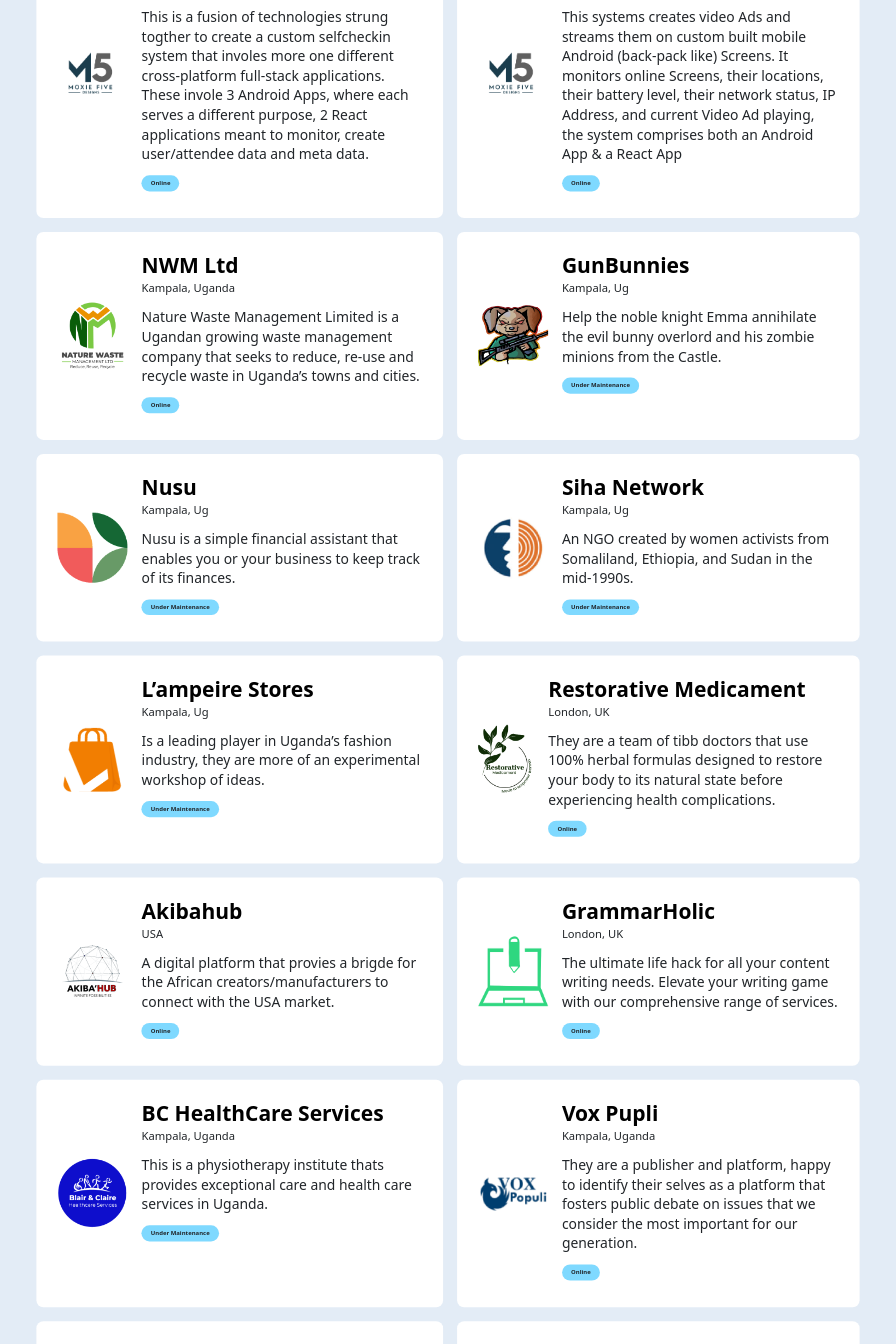
Repository: kaizoku010/firebrand
Page: /apps
These files come from the project's save history. The page is drawn as it stood at one moment and after the next save; the edit follows.
The browser window is 1280 px wide. The pictures show the part of the page from y = 449 to 2369 px (the page is 3520 px tall), at 70% of full size.
The project was rebuilt for these pictures with package versions that can differ from the ones it lists, and the page was loaded fresh each time. Also part of the build but not shown: vite.config.js, src/update/homescreen.css, src/update/homescreen.js, src/update/blog.css, src/update/blog.js, src/update/connect.css, src/update/connect.js. Imported but missing from the stored project, and not drawn on this page: src/update/about.js.

Above is the page before, as saved 2024-05-27 13:29:46.

### public/index.html
<!DOCTYPE html>
<html lang="en">
  <head>
    <meta charset="utf-8" />
    <link rel="icon" href="%PUBLIC_URL%/logo.ico" />
    <meta name="viewport" content="width=device-width, initial-scale=1" />
    <meta name="theme-color" content="#000000" />
    <meta
      name="description"
      content="Welcome to Firebrand, Home of Dixon Muneza"
    />
    <link rel="apple-touch-icon" href="%PUBLIC_URL%/logo.png" />
    <!--
      manifest.json provides metadata used when your web app is installed on a
      user's mobile device or desktop. See https://developers.google.com/web/fundamentals/web-app-manifest/
    -->
    <link rel="manifest" href="%PUBLIC_URL%/manifest.json" />
    <!--
      Notice the use of %PUBLIC_URL% in the tags above.
      It will be replaced with the URL of the `public` folder during the build.
      Only files inside the `public` folder can be referenced from the HTML.

      Unlike "/favicon.ico" or "favicon.ico", "%PUBLIC_URL%/favicon.ico" will
      work correctly both with client-side routing and a non-root public URL.
      Learn how to configure a non-root public URL by running `npm run build`.
    -->
    <title>Dixon Muneza</title>
    <!-- Global site tag (gtag.js) - Google Analytics -->
<script async src="https://www.googletagmanager.com/gtag/js?id=G-C8GX9VTJ6W"></script>
<script>
  window.dataLayer = window.dataLayer || [];
  function gtag(){dataLayer.push(arguments);}
  gtag('js', new Date());

  gtag('config', 'G-C8GX9VTJ6W');
</script>
  </head>
  <body>
    <noscript>You need to enable JavaScript to run this app.</noscript>
    <div id="root"></div>
    <!--
      This HTML file is a template.
      If you open it directly in the browser, you will see an empty page.

      You can add webfonts, meta tags, or analytics to this file.
      The build step will place the bundled scripts into the <body> tag.

      To begin the development, run `npm start` or `yarn start`.
      To create a production bundle, use `npm run build` or `yarn build`.
    -->
  </body>
</html>

### src/App.js
import React from 'react'
import 'bootstrap/dist/css/bootstrap.css'
import './App.css'
import { BrowserRouter as Router, Routes, Route } from 'react-router-dom'
import Header from './update/header.js'
import HomeScreen from '././update/homescreen.js'
import AboutDixon from '././update/about.js'
import AppPage from './update/appsPage.js'
import Blog from './update/blog.js'
import Footer from '././update/footer.js'
import Connect from './update/connect'


function App () {
  return (
    <Router>
      <div className=''>
      <Header/>
      <Routes>

       <Route path='/' element={<HomeScreen />} />
          <Route path="/apps" element={<AppPage />} />
          <Route path="/about" element={<AboutDixon />} />
          <Route path="/blog" element={<Blog />} />
          <Route path="/connect" element={<Connect />} />

     </Routes>
        <Footer/>
      </div>

    </Router>
  )
}

export default App

### src/App.css
body {
  -webkit-font-smoothing: antialiased;
  background-color: #f3f6f8;
  margin-top: 0px;
  font-family:  ui-sans-serif,system-ui,-apple-system,BlinkMacSystemFont,Segoe UI,Roboto,Helvetica Neue,Arial,Noto Sans,sans-serif,apple color emoji,segoe ui emoji,Segoe UI Symbol,noto color emoji;
;
}

.content{
display: none !important;
}

a {
  text-decoration: none;
  color: #5747ff !important;
}

@media only screen and (max-width: 900px) {
  .holder__ {
    text-align: center;
    padding: 20px;
  }
}

.thumb-lg {
  height: 88px;
  width: 88px;
}
.profile-user-box {
  position: relative;
  border-radius: 5px;
}
.bg-custom {
  /*background-color: #02c0ce !important;  */
  background-color: #02191b !important;
  /* 02191b */
}
.profile-user-box {
  position: relative;
  border-radius: 5px;
}

.card-box {
  padding: 20px;
  position: sticky;
  border-radius: 3px;
  margin-bottom: 30px;
  z-index: 1;
  top: 0;
  background-color: #fff;
}
.inbox-widget .inbox-item img {
  width: 40px;
}

.inbox-widget .inbox-item {
  border-bottom: 1px solid #f3f6f8;
  overflow: hidden;
  padding: 10px 0;
  position: relative;
}

.inbox-widget .inbox-item .inbox-item-img {
  display: block;
  float: left;
  margin-right: 15px;
  width: 40px;
}

.inbox-widget .inbox-item img {
  width: 40px;
}

.inbox-widget .inbox-item .inbox-item-author {
  color: #313a46;
  display: block;
  margin: 0;
}

.inbox-widget .inbox-item .inbox-item-text {
  color: #98a6ad;
  display: block;
  font-size: 14px;
  margin: 0;
}

.inbox-widget .inbox-item .inbox-item-date {
  color: #98a6ad;
  font-size: 11px;
  position: absolute;
  right: 7px;
  top: 12px;
}

.comment-list .comment-box-item {
  position: relative;
}

.comment-list .comment-box-item .commnet-item-date {
  color: #98a6ad;
  font-size: 11px;
  position: absolute;
  right: 7px;
  top: 2px;
}

.comment-list .comment-box-item .commnet-item-msg {
  color: #313a46;
  display: block;
  margin: 10px 0;
  font-weight: 400;
  font-size: 15px;
  line-height: 24px;
}

.comment-list .comment-box-item .commnet-item-user {
  color: #98a6ad;
  display: block;
  font-size: 14px;
  margin: 0;
}

.comment-list a + a {
  margin-top: 15px;
  display: block;
}

.ribbon-box .ribbon-primary {
  background: #2d7bf4;
}

.ribbon-box .ribbon {
  position: relative;
  float: left;
  clear: both;
  padding: 5px 12px 5px 12px;
  margin-left: -30px;
  margin-bottom: 15px;
  font-family: Rubik, sans-serif;
  -webkit-box-shadow: 2px 5px 10px rgba(49, 58, 70, 0.15);
  -o-box-shadow: 2px 5px 10px rgba(49, 58, 70, 0.15);
  box-shadow: 2px 5px 10px rgba(49, 58, 70, 0.15);
  color: #fff;
  font-size: 13px;
}
.text-custom {
  color: #949797 !important;
}

.badge-custom {
  background: #02c0ce;
  color: #fff;
}
.badge {
  font-family: Rubik, sans-serif;
  -webkit-box-shadow: 0 0 24px 0 rgba(0, 0, 0, 0.06),
    0 1px 0 0 rgba(0, 0, 0, 0.02);
  box-shadow: 0 0 24px 0 rgba(0, 0, 0, 0.06), 0 1px 0 0 rgba(0, 0, 0, 0.02);
  padding: 0.35em 0.5em;
  font-weight: 500;
}
.text-muted {
  color: #98a6ad !important;
}
project_list
.font-13 {
  font-size: 13px !important;
}

.fire-text {
  text-align: justify;
}

@media screen and (max-width: 800px) {
  .card-box {
    padding: 20px !important;
    position: sticky;
    border-radius: 3px;
    margin-bottom: 30px;
    z-index: 1;
    top: 0;
    background-color: #fff;
  }
}


.main-color{
  color: #fbb03b;
}

### src/update/header.js
import React from 'react'
import "./header.css"
import Logo from "../img/logo.png"
import Email from "../img/email.png"
import { Link } from "react-router-dom";

function header() {
  return (
      <header class="header">
    <nav>
    <div class="logo">
          <a class="name_logo" href="index.html">Muneza.<span>Dixon</span></a>
        <Link to="/">  <img class="fireband-logo" src={ Logo} /></Link>
    </div>
    <input type="checkbox" id="menu-toggle"/>
    <label for="menu-toggle" class="menu-icon">&#9776;</label>
    <ul class="menu">
      <li><Link to={"apps"}>Projects</Link></li>
      <li><Link to={"about"} href="#">About</Link></li>
      <li><Link to={"blog"}>Blog</Link></li>
      <li><a href={"connect"}>Connect</a></li>
    </ul>
  </nav>
</header>
  )
}
// #9f0009 reds
export default header

### src/update/appsPage.js
import React from "react";
import "./appsPage.css";
import {Link} from 'react-router-dom'
import IMager from "../img/bc_ic.png";
import Chip from "../components/chips.js";
import projectsData from "../dataPoint/AllProjects.js";

function apps() {
  const desc =
    "I'll send the email regarding the restoration. Please reply the mail with the dates and the content which has to be restored. Is that okay?";
  const techString = "Android";
  const techString2 = "Wordpress";
  const techString3 = "ReactJS";
  const colorBlue = "aquamarine";

  return (
    <div className="appsHolder">
      <h1 className="appsHeading">
        Quality crafted <span className="apps-span">projects</span>
      </h1>
      <div className="sites-holder">
        <ul className="sites-list">
          {projectsData.allProjects.map((project) => (
            <li key={project.id} className="sites">

              <div className="top-element">
                <img className="site-logo" src={project.icon} />
                  <div className="site-text-holder">
                       <Link className='link-list' to={project.link} target="_blank">
                    <h1 className="site-title">{project.title}</h1>
                        </Link>
                        <p>{project.location}</p>
                  <h2 className="site-desc">{project.desc}</h2>
                  <div className="chip-layout">

                      <li className="chip-list">
                       <Chip tech={project.techStacks} />
                    </li>




                  </div>
                </div>
              </div>

            </li>
          ))}
        </ul>
        <div className="sites"></div>
      </div>
    </div>
  );
}

export default apps;

### src/update/footer.js
import React from 'react'
import "./footer.css"
// import { FontAwesomeIcon } from '@fortawesome/react-fontawesome'
import CodeIc from "../img/github-mark.png"
import IG from "../img/instagram.png"
import DeviantArt from "../img/deviantart.png"
import LinkedIn from "../img/linked.png"
// import { faInstagram } from '@fortawesome/free-brands-svg-icons'

function footer() {
  return (
    <footer class="site-footer">
      <div class="container">
        <hr/>
      </div>
      <div class="container">
        <div class="row">
          <div class="col-md-8 col-sm-6 col-xs-12">
            <p class="copyright-text">"The people who are crazy enough to think they can change the world are the ones who do"
            </p>
          </div>

          <div class="col-md-4 col-sm-6 col-xs-12">
            <ul class="social-icons">
            <li><a   target='_blank' class="facebook" href="https://github.com/kaizoku010"><img  class="facebook"   src={CodeIc} /></a></li>
              <li><a target='_blank' class="facebook" href="https://www.instagram.com/ug.firebrand/"><img class="facebook" src={IG} /></a></li>
              <li><a   target='_blank' class="facebook" href="https://www.linkedin.com/in/dixon-muneza-a0a1b510a"><img  class="facebook"  src={LinkedIn} /></a></li>
              <li><a   target='_blank' class="facebook" href="https://www.deviantart.com/imfaceless"><img  class="facebook"  src={DeviantArt} /></a></li>
              </ul>
          </div>
        </div>
      </div>
</footer>
  )
}

export default footer

### src/update/header.css
header_div {
    padding: 0;
    margin: 0;
    box-sizing: border-box;
    font-family: sans-serif;
    text-decoration: none;
    list-style: none;
  }


  .name_logo{
    display:none;
  }

  .header {
    position: sticky;
    top: 0;
    grid-area: header;
    width: 100%;
    box-shadow: 0 4px 20px hsla(207, 24%, 35%, 0.1);
    background-color: white;
    z-index: 2;
  }

  .email-ic{
    width:38px;
  }

  nav {
    display: flex;
    justify-content: space-between;
    align-items: center;
    padding: 20px 100px;
  }

  .logo a {
    font-size: 24px;
    font-weight: bold;
    color: #fff;
  }

  .logo a span {
    color: #8739fa;
  }


  .menu {
    display: flex;
    list-style:none;
    justify-content: center;
    align-items: center;
  }

  .menu a {
    display: block;
    padding: 7px 15px;
    font-size: 17px;
    font-weight: 500;
    transition: 0.2s all ease-in-out;
    color: #fff;
  }

  .menu:hover a {
    opacity: 0.4;
  }

  .menu a:hover {
    opacity: 1;
    color: #fff;
  }

  .menu-icon {
    display: none;
  }

  #menu-toggle {
    display: none;
  }

  #menu-toggle:checked ~ .menu {
    transform: scale(1, 1);
  }

  @media only screen and (max-width: 950px) {
    .menu {
      flex-direction: column;
      background-color: white;
      align-items: start;
      position: absolute;
      top: 82px;
      left: 0;
      width: 100%;
      z-index: 1;
      padding-left: 10px;
      transform: scale(1, 0);
      transform-origin: top;
      transition: transform 0.3s ease-in-out;
      box-shadow: rgba(0, 0, 0, 0.15) 1.95px 1.95px 2.6px;
    }

    nav {
      display: flex;
      justify-content: space-between;
      align-items: center;
      padding: 18px 30px;
  }

    .name_logo{
        display:none;
      }

    .menu a {
      margin-left: 12px;
    }

    .menu li {
      margin-bottom: 10px;
    }

    .menu-icon {
      display: block;
      color: black;
      font-size: 28px;
      cursor: pointer;
    }
    /* my logo */

  .fireband-logo{
    width: 50px !important;

  }
  }



  .fireband-logo{
    width: 60px;
  }


  .header a {
    color:#212529 !important
      }
    .header a:hover {
        color:#fbb03b !important;
    }

### src/update/appsPage.css
.appsHolder {
  background-color: #e3ecf6 !important;
  padding-right: 1.5em;
  padding-left: 1.5em;
}

.appsHeading {
  text-align: center;
  font-size: 3.75em;
  line-height: 1;
  margin-bottom: 4rem;
  font-weight: 700;
  letter-spacing: -0.05em !important;
  padding: 50px;
}

.sites-holder {
  place-content: center !important;
}

.apps-span {
  color: #fbb03b;
}

.sites {
  display: flex;
  gap: 50px;
  place-content: center !important;
}

.top-element:hover {
  box-shadow: 0 4px 8px 0 rgba(0, 0, 0, 0.2), 0 4px 20px 0 rgba(0, 0, 0, 0);
  transition: 0.75rem;
}

.top-element {
  cursor: pointer;
  width: -moz-fit-content;
  width: fit-content;
  background-color: white;
  display: flex;

  padding: 30px;
  border-radius: 10px;
  flex-direction: row;
}

.site-title {
  font-size: 1.875rem;
  line-height: 2.25rem;
  color: black;
  font-weight: 700;
  margin-bottom: 0.125rem;
}

.site-title:hover {
  color: #f2b44d;
}

.site-logo {
  width: 100px;
  align-self: center;
  height: 100px;
  border-radius: 0px;
}

.site-text-holder {
  display: flex;
  padding-left: 20px;
  flex-direction: column;
}

.site-desc {
  font-size: 1.24rem;
  font-weight: 400;
  line-height: 1.75rem;
}
.chip{
  background-color: rgb(127 255 127 / 56%);

}

.chip-layout {
  display: flex;
  gap: 12px;
}
.sites-list {
  display: grid;
  grid-template-columns: repeat(2, auto);
  grid-template-rows: auto;
  padding: 1%;
  gap: 20px;
  list-style-type: none;
  margin: 1rem;
  height: -webkit-max-content;
  height: max-content;
}

/* mobile view */
@media only screen and (max-width: 950px) {
  .sites-list {
    display: grid;
    grid-template-columns: repeat(1, auto);
    grid-template-rows: auto;
    padding: 1%;
    gap: 10px;
    list-style-type: none;
    margin: 1rem;
    height: -webkit-max-content;
    height: max-content;
  }
  .site-title:hover {
    color: #f2b44d;
  }

  .appsHolder {
    background-color: #e3ecf6 !important;
    padding-right: 0.5em;
    padding-left: 0.5em;
  }

  .site-logo {
    /* width: 100%; */
    align-self: center;
    margin-left: 20px !important;
    height: 100px;
    border-radius: 0px;
  }

  .appsHeading {
    text-align: center;
    font-size: 3.75em;
    line-height: 1;
    padding: 24px !important;
    text-align: justify !important;
    margin-bottom: 0rem !important;
    font-weight: 700;
    letter-spacing: -0.05em !important;
    padding: 50px;
  }

  .top-element {
    cursor: pointer;
    width: -moz-fit-content;
    width: fit-content;
    display: block !important;
    background-color: white;
    padding: 30px;
    border-radius: 10px;
    flex-direction: row;
  }
}

.link-list {
  color: black;
  text-decoration: none !important;
}

### src/components/chips.js
import React from 'react'
import "./chips.css"

function chips(props) {
  console.log(props)
  return (
    <div style={{ backgroundColor:props.color}} className="chip">
          <p className="chip-text">
            {
              props.tech ? props.tech : "Tech Stack"
          }</p>
    </div>
  )
}

export default chips

### src/update/footer.css
.site-footer
{
  position: relative;
  background-color:#f0f2f4e4;
  padding:45px 0 20px;
  font-size:15px;
  line-height:24px;
  color:#737373;
}

.row{
  align-items: center !important;
}

.facebook{
    width: 30px;
}
.site-footer hr
{
  border-top-color:#bbb;
  opacity:0.5
}
.site-footer hr.small
{
  margin:20px 0
}
.site-footer h6
{
  color:#fff;
  font-size:16px;
  text-transform:uppercase;
  margin-top:5px;
  letter-spacing:2px
}
.site-footer a
{
  color:#737373;
}
.site-footer a:hover
{
  color:#3366cc;
  text-decoration:none;
}
.footer-links
{
  padding-left:0;
  list-style:none
}
.footer-links li
{
  display:block
}
.footer-links a
{
  color:#737373
}
.footer-links a:active,.footer-links a:focus,.footer-links a:hover
{
  color:#3366cc;
  text-decoration:none;
}
.footer-links.inline li
{
  display:inline-block
}
.site-footer .social-icons
{
  text-align:right
}
.site-footer .social-icons a
{
  width:40px;
  height:40px;
  line-height:40px;
  margin-left:6px;
  margin-right:0;
  border-radius:100%;
}
.copyright-text
{
  margin:0
}
@media (max-width:991px)
{
  .site-footer [class^=col-]
  {
    margin-bottom:30px
  }
}
@media (max-width:767px)
{

  .copyright-text{
    margin:10px;
  }
  .site-footer
  {
    padding-bottom:0
  }
  .site-footer .copyright-text,.site-footer .social-icons
  {
    text-align:center
  }
}
.social-icons
{
  padding-left:0;
  margin-bottom:0;
  list-style:none
}
.social-icons li
{
  display:inline-block;
  margin-bottom:4px
}
.social-icons li.title
{
  margin-right:15px;
  text-transform:uppercase;
  color:#96a2b2;
  font-weight:700;
  font-size:13px
}
.social-icons a{
  background-color:#eceeef;
  color:#818a91;
  font-size:16px;
  display:inline-block;
  line-height:44px;
  width:44px;
  height:44px;
  text-align:center;
  margin-right:8px;
  border-radius:100%;
  -webkit-transition:all .2s linear;
  -o-transition:all .2s linear;
  transition:all .2s linear
}
.social-icons a:active,.social-icons a:focus,.social-icons a:hover
{
  color:#fff;
  background-color:#ebebeb
}
.social-icons.size-sm a
{
  line-height:34px;
  height:34px;
  width:34px;
  font-size:14px
}
.social-icons a.facebook:hover
{
  background-color:#e7e9e9
}
.social-icons a.twitter:hover
{
  background-color:#00aced
}
.social-icons a.linkedin:hover
{
  background-color:#007bb6
}
.social-icons a.dribbble:hover
{
  background-color:#ea4c89
}
@media (max-width:767px)
{
  .social-icons li.title
  {
    display:block;
    margin-right:0;
    font-weight:600
  }
}

### src/components/chips.css
.chip{
    background-color: rgb(127, 217, 255);
    width: -moz-fit-content;
    width: fit-content;

    border-radius: 20px;
}

.chip-text {
    padding: 5px;
    font-weight: 700;
    font-size: 8.5px;
    margin: 8px;
}

Loaded but not shown: src/index.js (common file); src/index.css (common file); src/reportWebVitals.js (common file); src/dataPoint/AllProjects.js (232 lines, source omitted); src/update/homescreen.css (no copy from this time; the picture is the same without it)

After the next save:
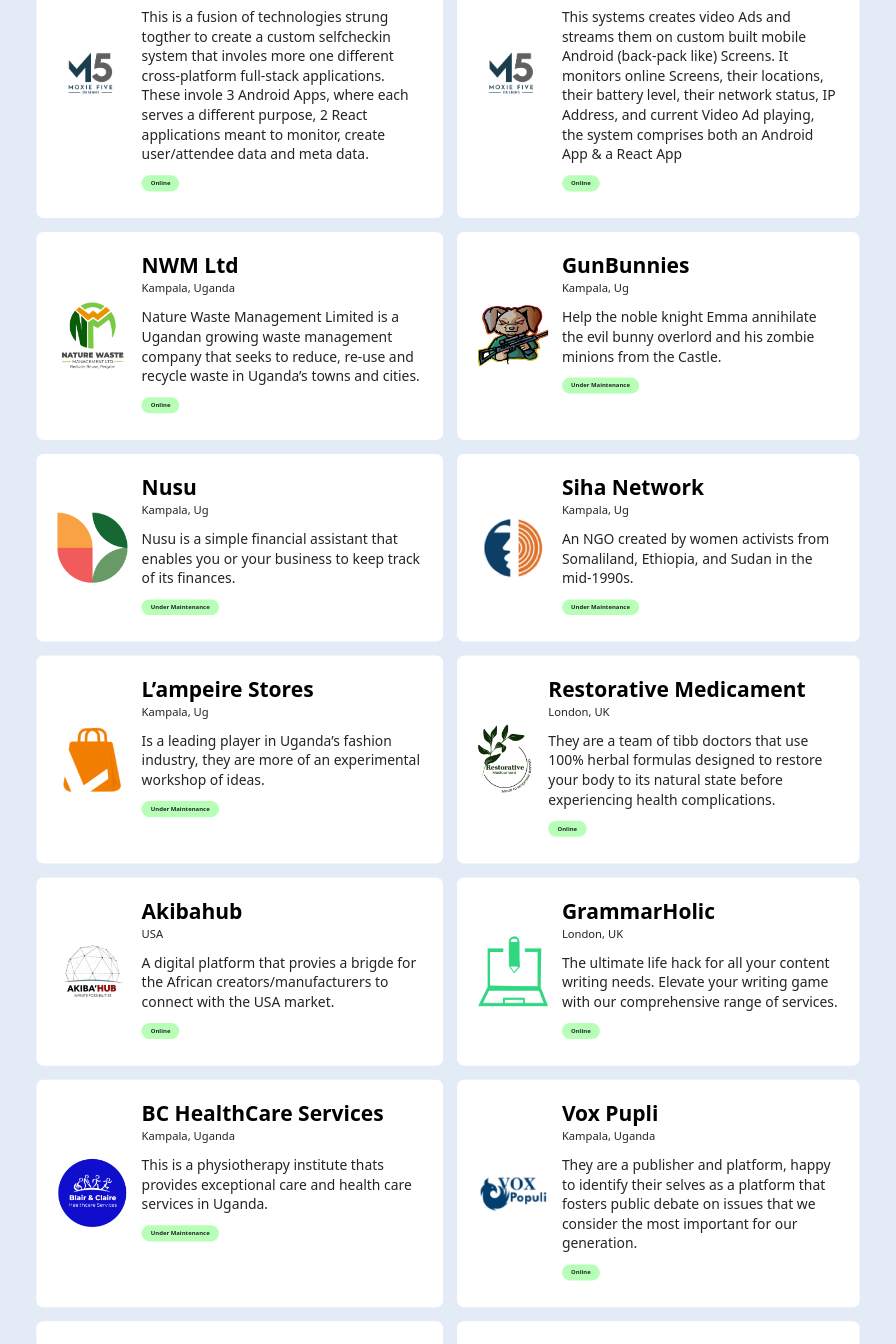
Saved 4 s later.
--- a/src/update/appsPage.css
+++ b/src/update/appsPage.css
@@ -76,7 +76,7 @@
   line-height: 1.75rem;
 }
 .chip{
-  background-color: rgb(127 255 127 / 56%);
+  background-color: rgb(127 255 127 / 56%) !important;
 
 }
 
